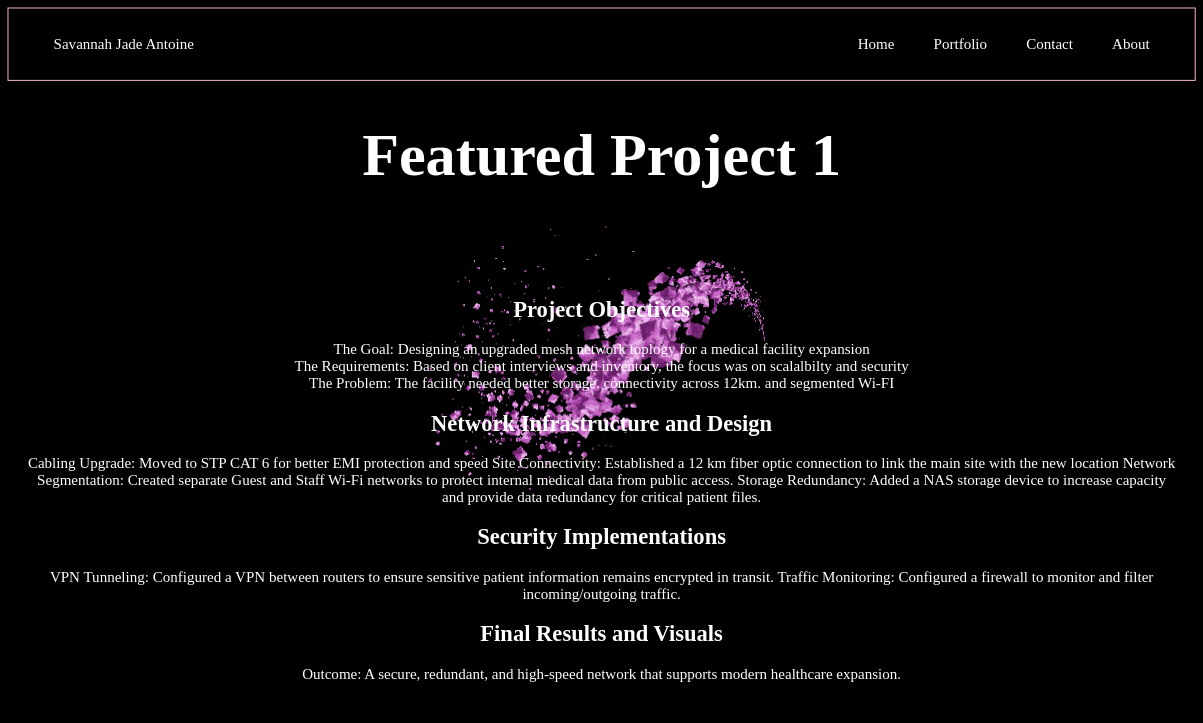
Repository: Savannah-Antoine/Savannah-Antoine
Page: pages/project-name-1.html
The author's editor kept a copy of each file at every save. The page is drawn from the files as they stood at one save, then again after the next save.
The browser window is 1280 px wide. The pictures show the whole page, at 94% of full size.

Above is the page before, as saved 2026-05-15 15:29:14.

After the next save:
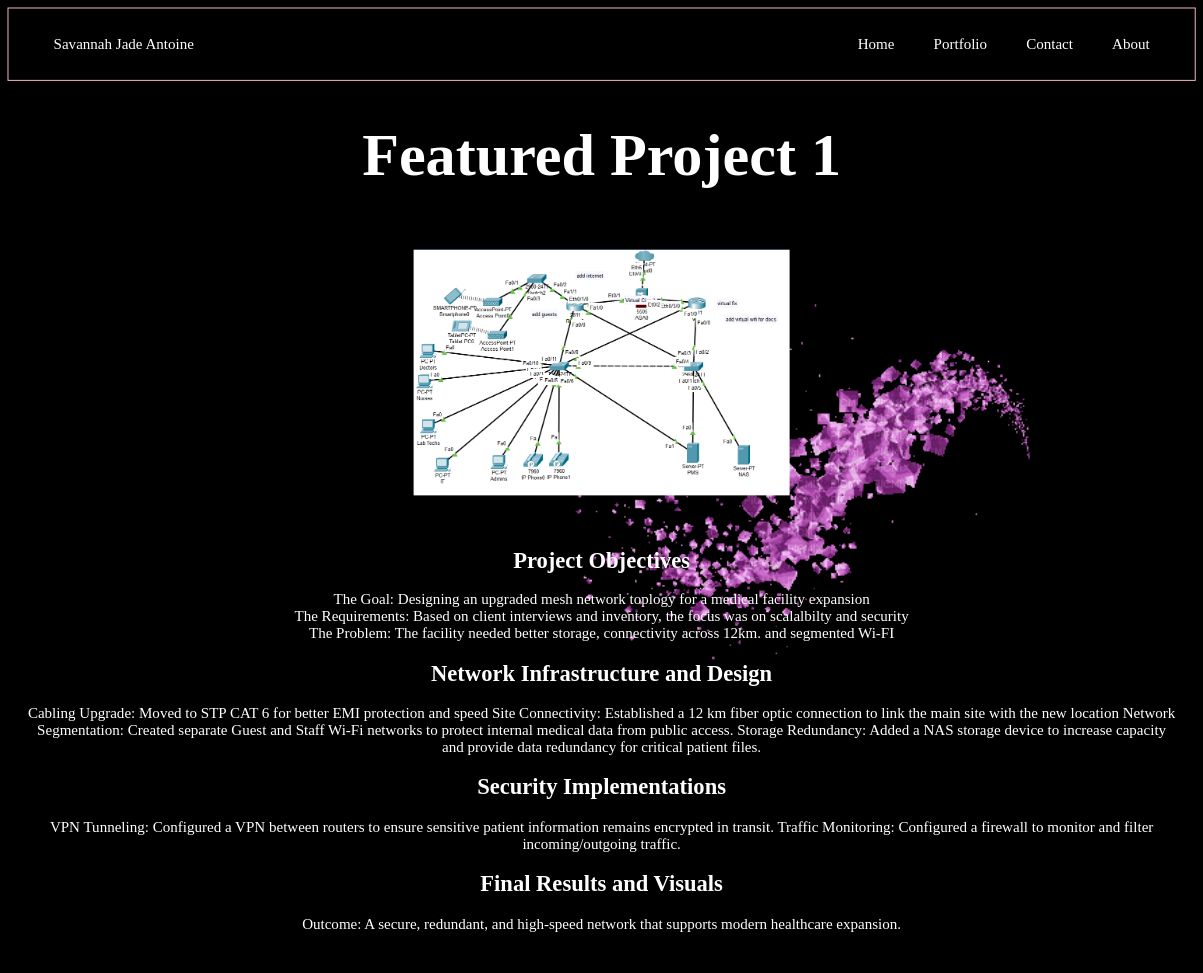
Saved 89 s later.
--- a/pages/project-name-1.html
+++ b/pages/project-name-1.html
@@ -25,7 +25,7 @@
 <main class = "container">
 
 
-<div class = "project-visuals"
+<div class = "project-visuals">
 <img src = "../assets/images/Project1.png" alt = "First Portfolio placeholder image" />
 </div>
 <div class = "project-details">
